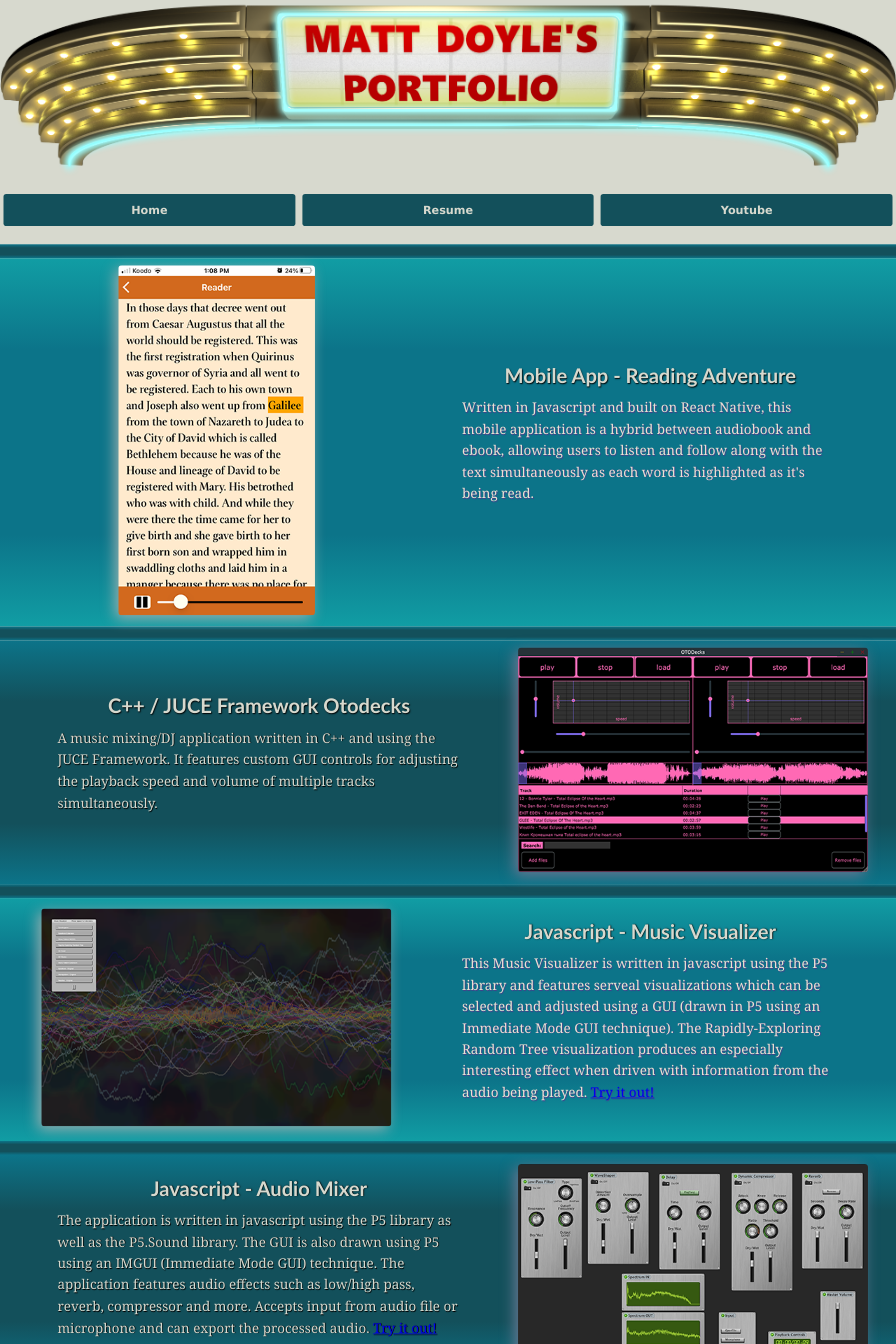
Repository: Mufferaw/Mufferaw.github.io
Page: index.html
These files come from the project's save history. The page is drawn as it stood at one moment and after the next save; the edit follows.
The browser window is 1280 px wide. The pictures show the part of the page from y = 0 to 1920 px (the page is 6608 px tall), at 70% of full size.

Above is the page before, as saved 2024-06-18 20:09:50.

After the next save:
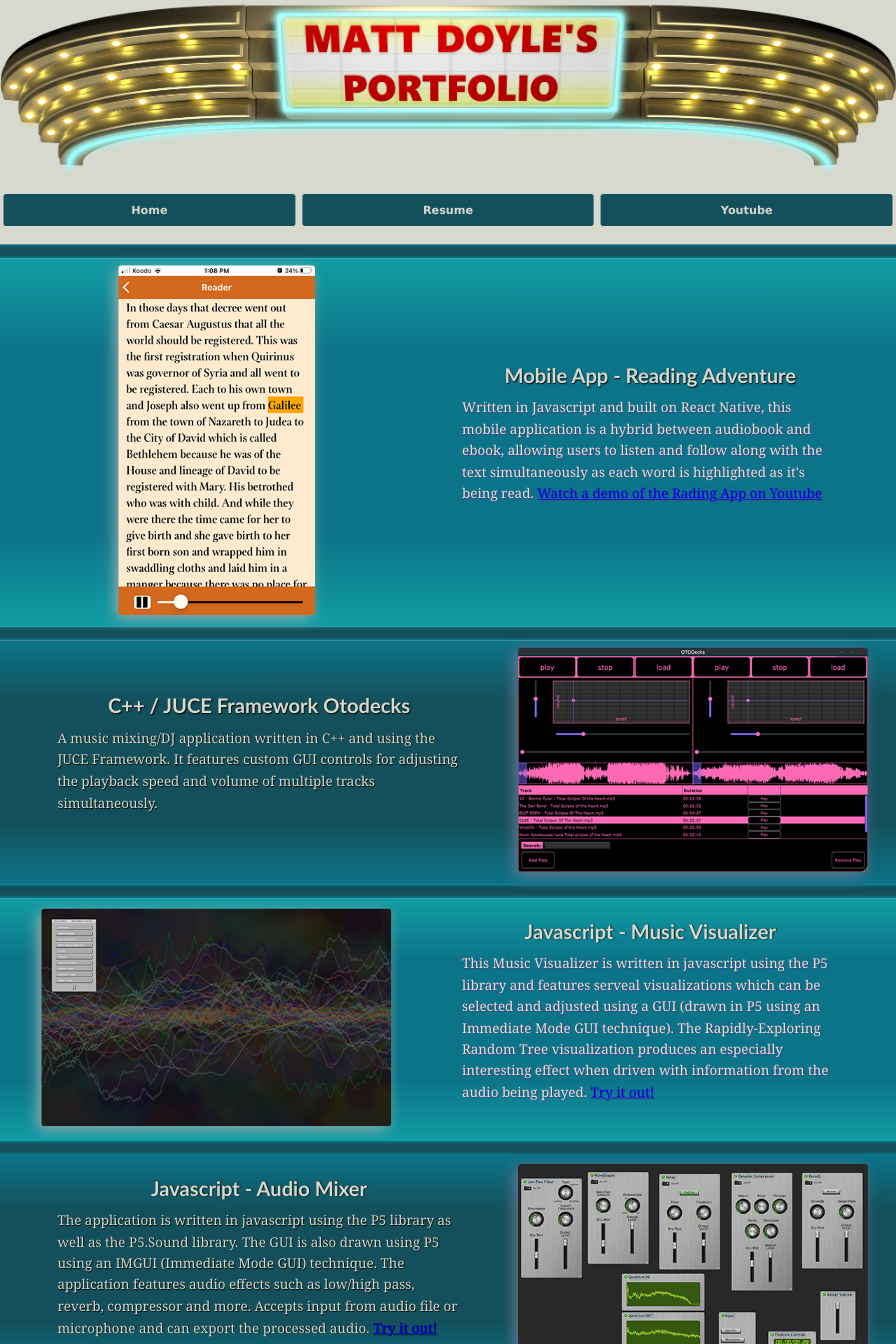
Saved 14 min 21 s later.
--- a/index.html
+++ b/index.html
@@ -34,11 +34,17 @@
 
             <article class="article-one-home">
                 <div class="article-one-home-img">
+                    <a href="https://www.youtube.com/watch?v=ah4fQ5PzULU" title="Watch a demo of the Rading App on Youtube">
                         <img src="images/Reading_adventure_screenshot_small.PNG" alt="Mobile App - Reading Adventure" >
+                    </a>
                 </div>
                 <div class="article-text">
                     <h2>Mobile App - Reading Adventure</h2>
-                    <p>Written in Javascript and built on React Native, this mobile application is a hybrid between audiobook and ebook, allowing users to listen and follow along with the text simultaneously as each word is highlighted as it's being read.</p>
+                    <p>Written in Javascript and built on React Native, this mobile application is a hybrid between audiobook and ebook, allowing users to listen and follow along with the text simultaneously as each word is highlighted as it's being read.
+                        <a href="https://www.youtube.com/watch?v=ah4fQ5PzULU" title="Watch a demo of the Rading App on Youtube">
+                            Watch a demo of the Rading App on Youtube
+                        </a>
+                    </p>
                 </div>
             </article>
 
